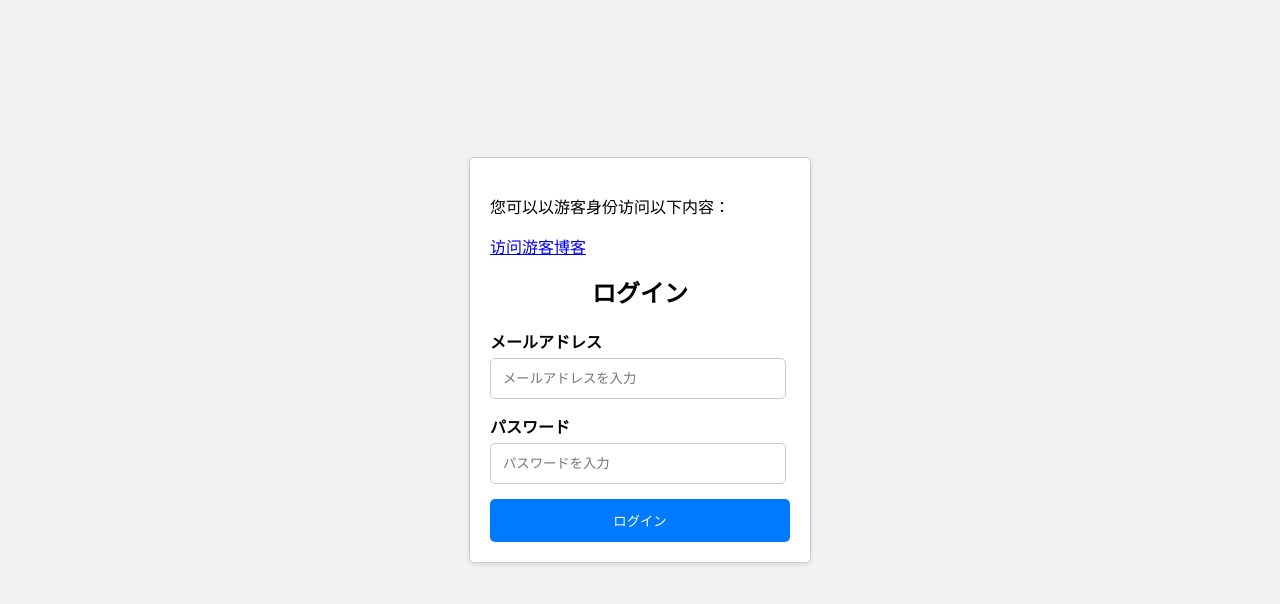
Repository: Jutta197/blog_0815
Page: src/main/resources/static/admin_login.html
The author's editor kept a copy of each file at every save. The page is drawn from the files as they stood at one save, then again after the next save.
The browser window is 1280 px wide. The pictures show the whole page.

Above is the page before, as saved 2023-08-15 12:28:27.

### src/main/resources/static/admin_login.html
<!DOCTYPE html>
<html lang="ja">

<head>
    <meta charset="UTF-8">
    <meta name="viewport" content="width=device-width, initial-scale=1.0">
    <title>ログイン</title>
    <link rel="stylesheet" href="login.css">
</head>

<body>
    <div class="container">
        <div>
            <p>您可以以游客身份访问以下内容：</p>
            <a href="/guest-blog">访问游客博客</a>
        </div>
        <form action="" method="post">
            <h1>ログイン</h1>
            <label for="email">メールアドレス</label>
            <input type="text" id="email" name="email" placeholder="メールアドレスを入力" required>
            <label for="password">パスワード</label>
            <input type="password" id="password" name="password" placeholder="パスワードを入力">
            <input type="submit" value="ログイン" id="submit-button">
        </form>
    </div>
</body>

</html>

### src/main/resources/static/login.css
body {
    font-family: Arial, sans-serif;
    background-color: #f2f2f2;
    margin: 0;
    padding: 0;
    display: flex;
    justify-content: center;
    align-items: center;
    min-height: 100vh;
}

.container {
    background-color: #fff;
    padding: 20px;
    border-radius: 5px;
    box-shadow: 0 2px 4px rgba(0, 0, 0, 0.1);
    border: 1px solid #ccc;
    width: 300px;
}

.container h1 {
    font-size: 24px;
    margin-bottom: 20px;
    text-align: center;
}

label {
    display: block;
    font-weight: bold;
    margin-bottom: 5px;
}

input[type="text"],
input[type="password"] {
    width: 90%;
    padding: 12px;
    margin-bottom: 15px;
    border: 1px solid #ccc;
    border-radius: 5px;
    outline: none;
    transition: border-color 0.3s;
}

input[type="text"]:focus,
input[type="password"]:focus {
    border-color: #007bff;
}

#submit-button {
    background-color: #007bff;
    color: #fff;
    border: none;
    padding: 12px 20px;
    border-radius: 5px;
    cursor: pointer;
    width: 100%;
    transition: background-color 0.3s;
}

#submit-button:hover {
    background-color: #0056b3;
}

After the next save:
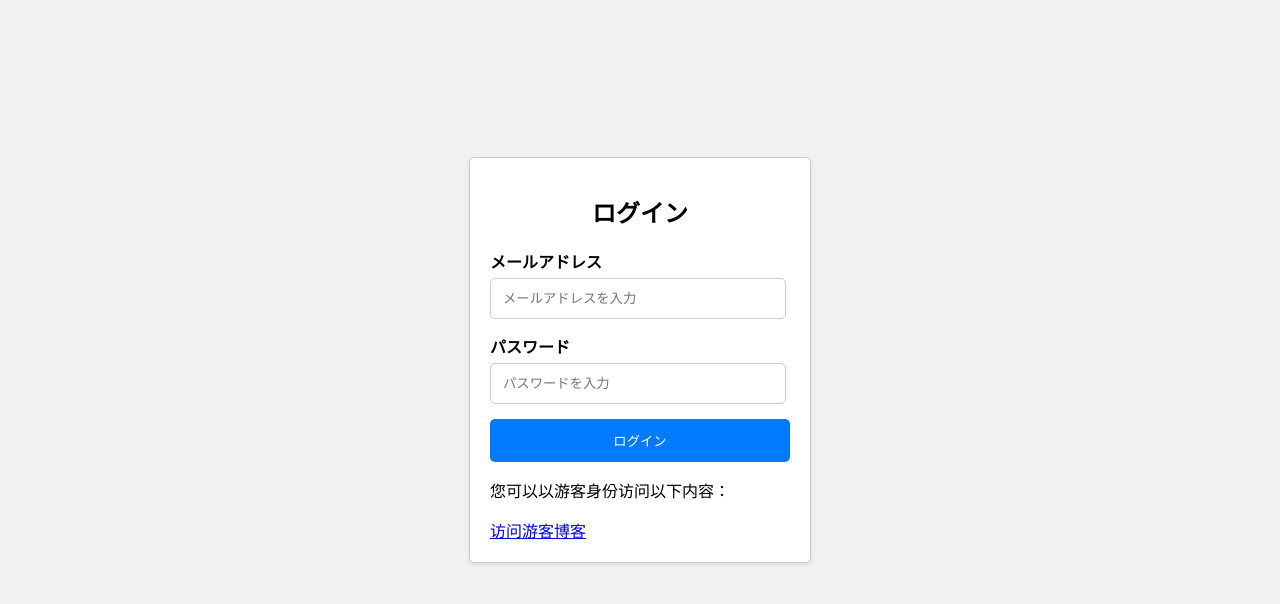
Saved 38 s later.
--- a/src/main/resources/static/admin_login.html
+++ b/src/main/resources/static/admin_login.html
@@ -10,10 +10,6 @@
 
 <body>
     <div class="container">
-        <div>
-            <p>您可以以游客身份访问以下内容：</p>
-            <a href="/guest-blog">访问游客博客</a>
-        </div>
         <form action="" method="post">
             <h1>ログイン</h1>
             <label for="email">メールアドレス</label>
@@ -22,6 +18,10 @@
             <input type="password" id="password" name="password" placeholder="パスワードを入力">
             <input type="submit" value="ログイン" id="submit-button">
         </form>
+        <div>
+            <p>您可以以游客身份访问以下内容：</p>
+            <a href="/guest-blog">访问游客博客</a>
+        </div>
     </div>
 </body>
 
